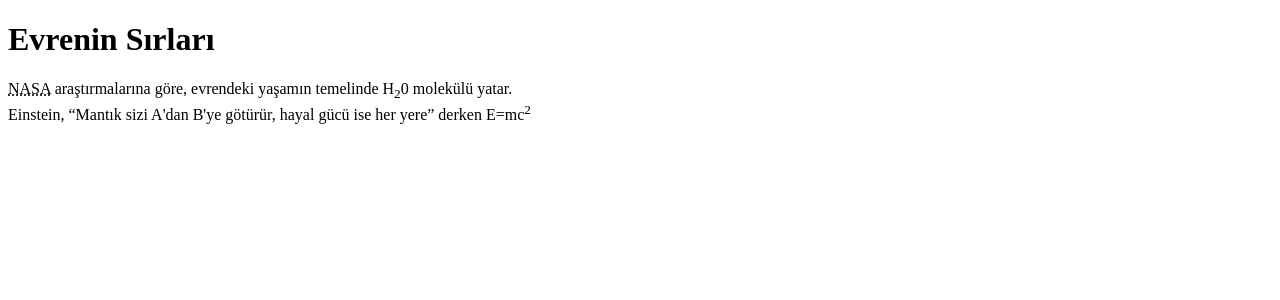
Repository: BeritanBlgn/web-yazilim-muhendisligi
Page: Modul_1/Ders_3/1.3.6_gorev1.html
These files come from the project's save history. The page is drawn as it stood at one moment and after the next save; the edit follows.
The browser window is 1280 px wide. The pictures show the whole page.

Above is the page before, as saved 2026-10-09 22:21:54.

After the next save:
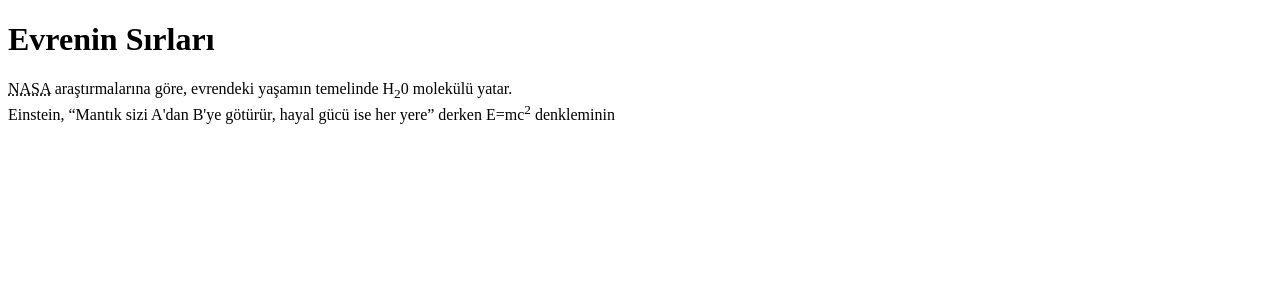
Saved 4 s later.
--- a/Modul_1/Ders_3/1.3.6_gorev1.html
+++ b/Modul_1/Ders_3/1.3.6_gorev1.html
@@ -13,7 +13,7 @@
         <abbr title="Evrenin Sırları">NASA</abbr>
         araştırmalarına göre, evrendeki yaşamın temelinde H<sub>2</sub>0 molekülü yatar. <br>
         Einstein, <q>Mantık sizi A'dan B'ye götürür, hayal gücü ise her yere</q>
-        derken E=mc<sup>2</sup>
+        derken E=mc<sup>2</sup> denkleminin
 
     </p>
 
